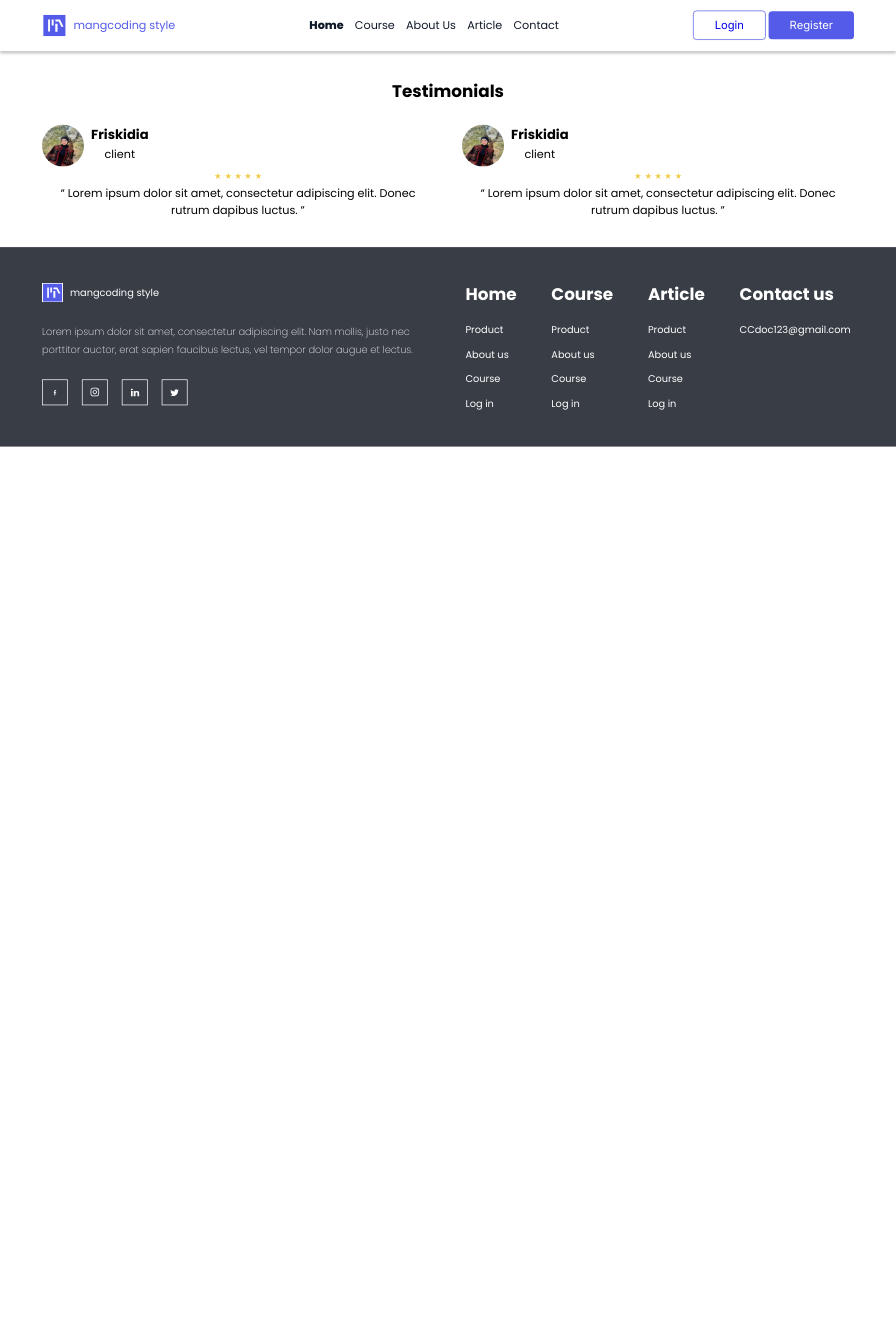
Repository: Dania-Alqam/landing-page
Page: index.html
The author's editor kept a copy of each file at every save. The page is drawn from the files as they stood at one save, then again after the next save.
The browser window is 1280 px wide. The pictures show the part of the page from y = 0 to 1920 px (the page is 5000 px tall), at 70% of full size.

Above is the page before, as saved 2024-06-22 10:29:02.

After the next save:
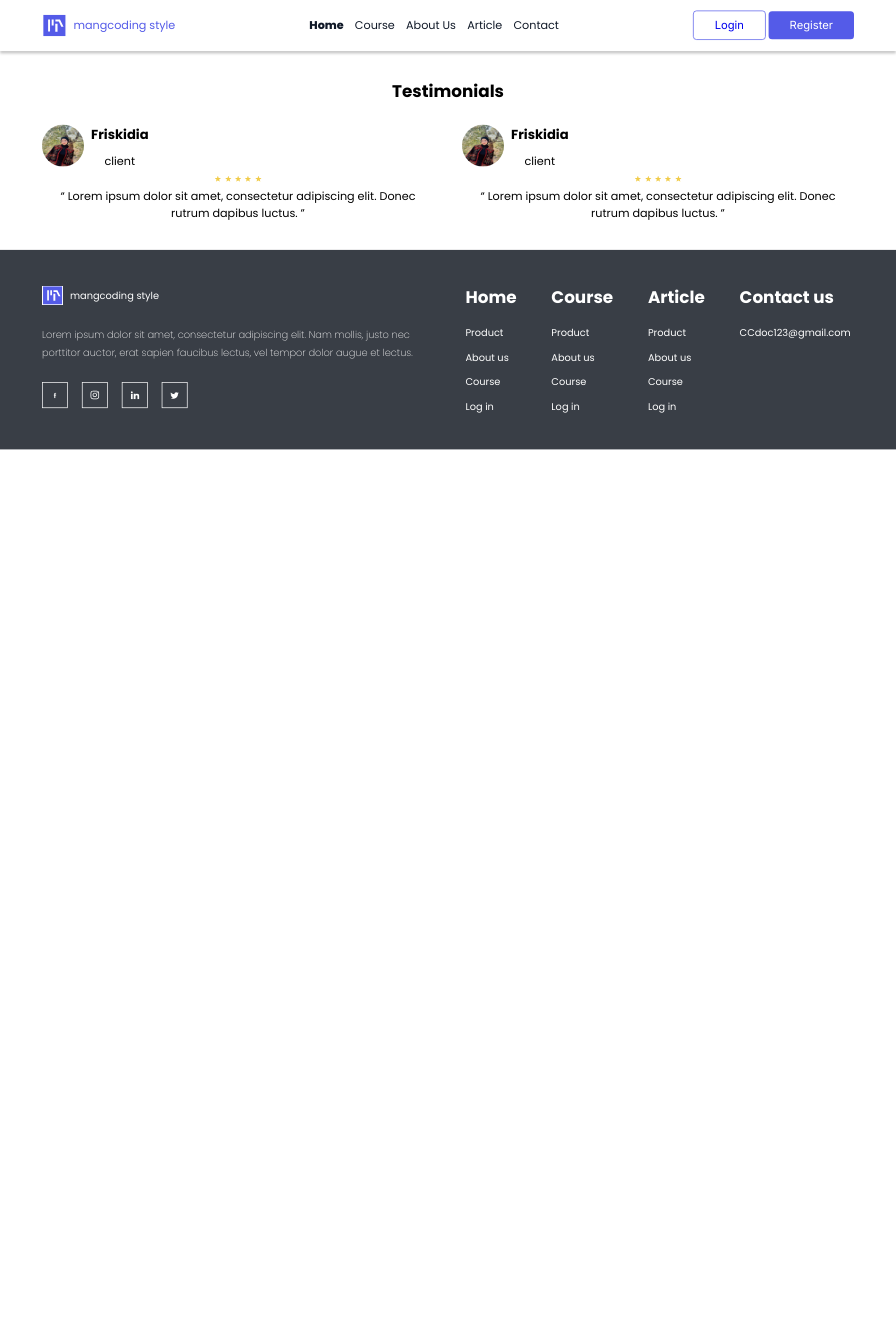
Saved 15 s later.
--- a/assests/css/main.css
+++ b/assests/css/main.css
@@ -88,8 +88,8 @@
   .testimonial .user-info .user-data{
     display: flex;
     flex-direction: column;
-    align-items: center;
-  }
+gap: 10px
+;  }
 
 /* start footer */
 .footer {
